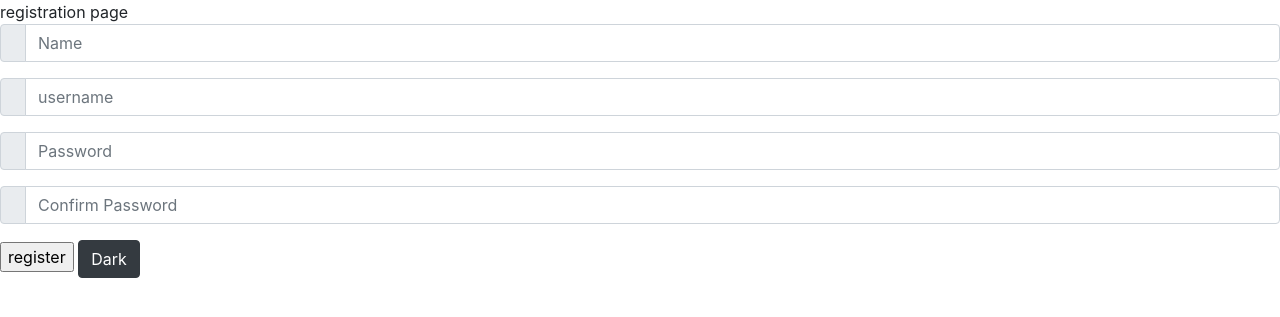
Repository: vishnushelke/LoginPage
Page: http://localhost/MyLoginPage/register.jsp
These files come from the project's save history. The page is drawn as it stood at one moment and after the next save; the edit follows.
The browser window is 1280 px wide. The pictures show the whole page.
The page is served by Tomcat 9.

Above is the page before, as saved 2019-10-10 06:09:51.

After the next save:
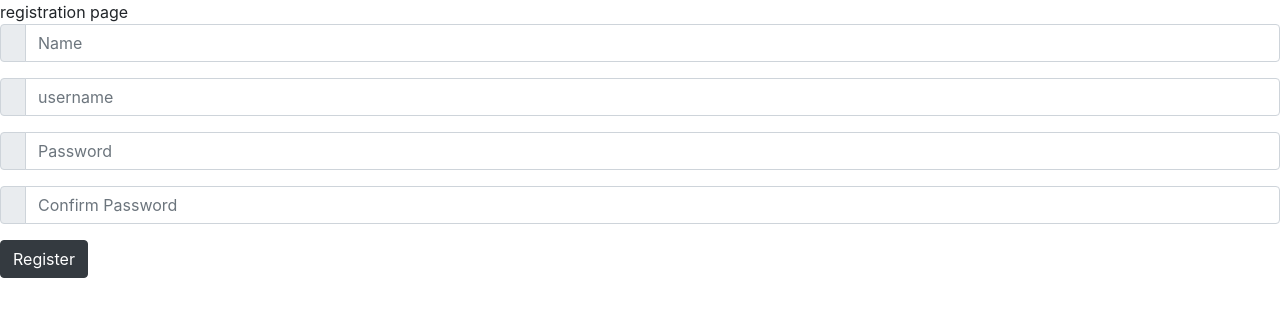
Saved 32 s later.
--- a/MyLoginPage/WebContent/register.jsp
+++ b/MyLoginPage/WebContent/register.jsp
@@ -44,8 +44,8 @@
   </div>
   <input type="password" class="form-control" placeholder="Confirm Password" name="confirm_password" aria-label="Confirm Password" aria-describedby="basic-addon1">
 </div>
-<input type="submit" value="register">
-<button type="button" value="register" class="btn btn-dark">Dark</button>
+
+<button type="button"class="btn btn-dark">Register</button>
 </form>
 
 </body>

After the 2 saves that followed:
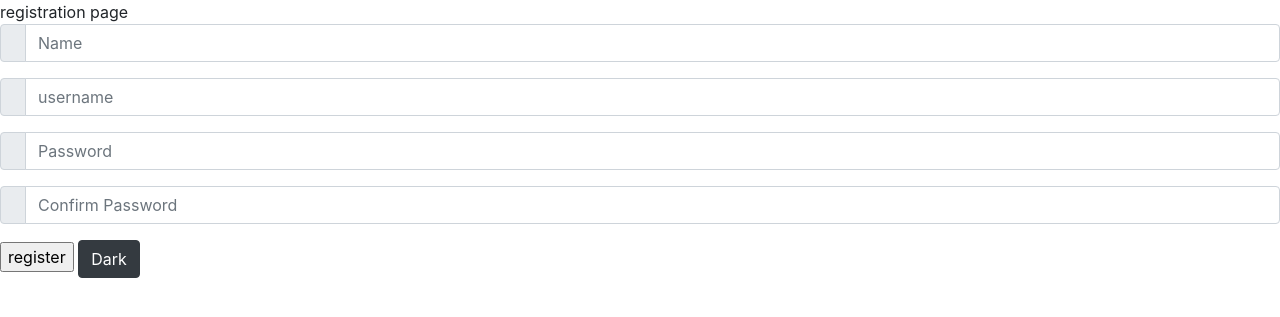
The 2 saves are shown as one change because 1 left the picture as it was.
The last was saved 68 s later.
--- a/MyLoginPage/WebContent/register.jsp
+++ b/MyLoginPage/WebContent/register.jsp
@@ -44,8 +44,8 @@
   </div>
   <input type="password" class="form-control" placeholder="Confirm Password" name="confirm_password" aria-label="Confirm Password" aria-describedby="basic-addon1">
 </div>
-
-<button type="button"class="btn btn-dark">Register</button>
+<input type="submit" value="register">
+<button type="submit" value="register" class="btn btn-dark">Dark</button>
 </form>
 
 </body>
